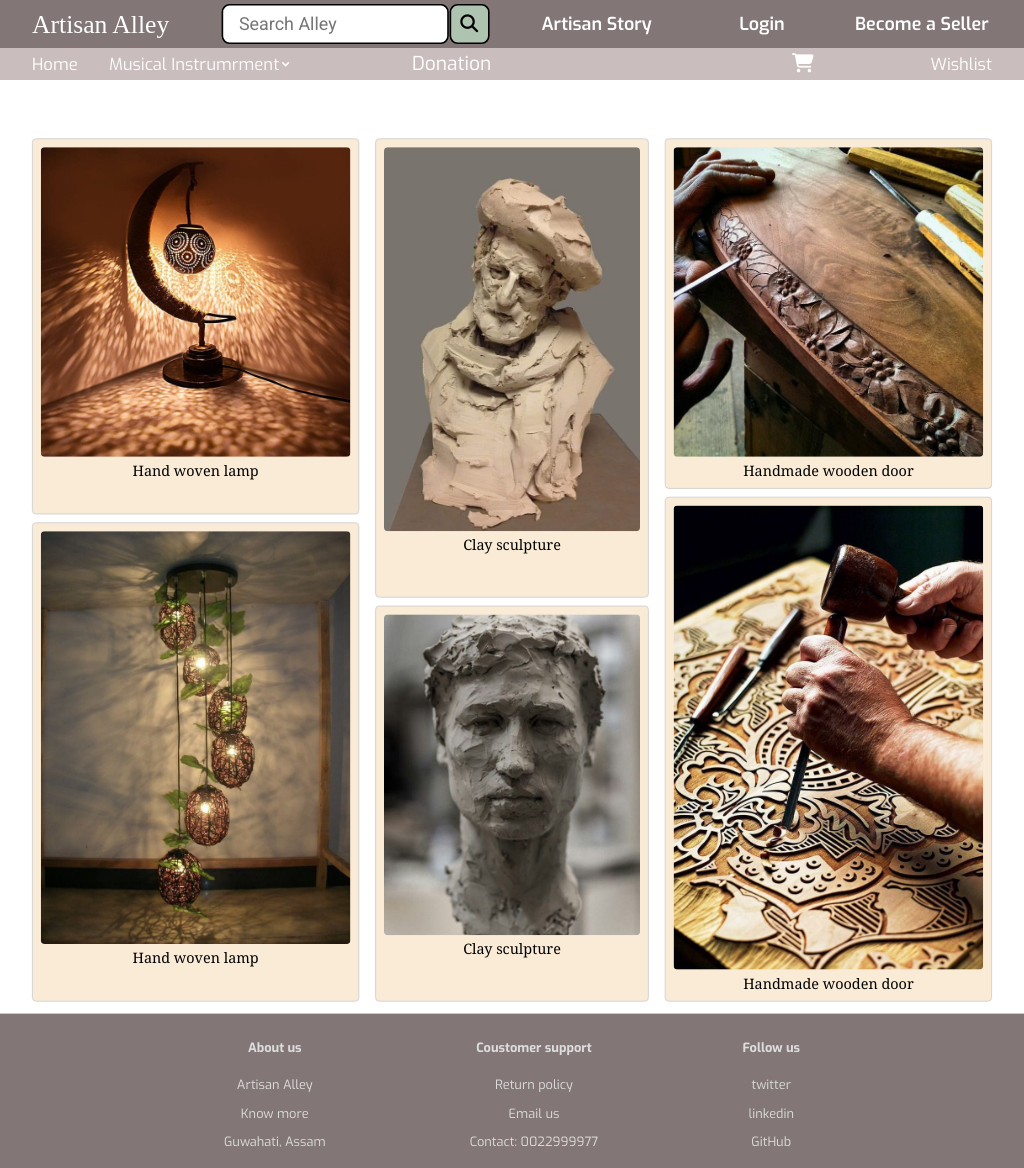
Repository: RingkhangBTY/Bytehacks_Hackathon_Project
Page: index.html
These files come from the project's save history. The page is drawn as it stood at one moment and after a run of saves; the edit follows.
The browser window is 1280 px wide. The pictures show the whole page, at 80% of full size.
Some web fonts or font styles are not loaded; a fallback is used.

Above is the page before, as saved 2024-11-27 09:57:27.

### index.html
<!DOCTYPE html>
<html lang="en">
  <head>
    <meta charset="UTF-8" />
    <meta name="viewport" content="width=device-width, initial-scale=1.0" />
    <link rel="stylesheet" href="style.css" />
    <link
      rel="stylesheet"
      href="https://cdnjs.cloudflare.com/ajax/libs/font-awesome/6.7.1/css/all.min.css"
      integrity="sha512-5Hs3dF2AEPkpNAR7UiOHba+lRSJNeM2ECkwxUIxC1Q/FLycGTbNapWXB4tP889k5T5Ju8fs4b1P5z/iB4nMfSQ=="
      crossorigin="anonymous"
      referrerpolicy="no-referrer"
    />
    <title>Artisan Alley</title>
  </head>
  <body>
    <header>
      <div class="split-div">
        <div class="half half-top">
          <a href="index.html" class="logo">Artisan Alley</a>

          <div class="searchdiv">
            <input
              type="text"
              placeholder="Search Alley"
              class="searchbar"
              id=""
            />

            <div class="search-icon">
              <button class="alley-search">
                <i class="fa-solid fa-magnifying-glass"></i>
              </button>
            </div>
          </div>

          <div class="artisan-story">
            <a href="artisan-story.html" class="story" id="">Artisan Story</a>
          </div>

          <div class="login-and-seller">
            <a href="login/login.html" class="account-login login" id="">Login</a>
            <a href="" class="seller-login login" id="">Become a Seller</a>
          </div>
        </div>

        <div class="half half-bottom">
          <div class="home-and-categories nav2">
            <a href="index.html" class="home">Home</a>

            <label for="categories"></label>
            <select id="categories" class="categories">
              <option value="" disabled selected>Categories</option>
              <option value="" selected>Painting</option>
              <option value="" selected>Sculpture</option>
              <option value="" selected>Drawing</option>
              <option value="" selected>Handcraft</option>
              <option value="" selected>Musical Instrumrment</option>
            </select>
          </div>

          <div class="donation-container nav2">
            <a class="donation" href="donation.html">Donation</a>
          </div>

          <div class="cart-wishlist nav2">
            <a href="index.html" class="cart" id=""
              ><i class="fa-solid fa-cart-shopping"></i
            ></a>

            <button class="wishlist" id="">Wishlist</button>
          </div>
        </div>
      </div>
    </header>

    <main>
      <div class="products">
        <div class="left-container">
          <div class="grid-layout">
              <div class="grid-item">
                <img src="image/Hand woven lamp1.jpg" alt="">
                <p>Hand woven lamp</p>
              </div>
              <div class="grid-item">
                <img src="image/Hand woven lamp2.jpg" alt="">
                <p>Hand woven lamp</p>
              </div>
          </div>
        </div>
        <div class="middle-container">
          <div class="grid-layout">
              <div class="grid-item">
                <img src="image/Clay sculpture1.jpg" alt="">
                <p>Clay sculpture</p>
              </div>
              <div class="grid-item">
                <img src="image/Clay sculpture2.jpg" alt="">
                <p>Clay sculpture</p>
              </div>
          </div>
        </div>
        <div class="right-container">
          <div class="grid-layout">
              <div class="grid-item">
                <img src="image/Handmade wooden door design1.jpg" alt="image">
                <p>Handmade wooden door</p>
              </div>
              <div class="grid-item">
                <img src="image/Handmade wooden door design2.jpg" alt="image">
                <p>Handmade wooden door</p>
              </div>
          </div>
        </div>
      </div>
    </main>

    <footer>
        <div class="footer-container">
          <div class="imfo-container">
            <h6>About us</h6>
            <p>Artisan Alley</p>
            <p>Know more</p>
            <p>Guwahati, Assam</p>
          </div>

          <div class="imfo-container">
            <h6>Coustomer support</h6>
            <p>Return policy</p>
            <a href="mailto:ringkhangb913@gmail.com">Email us</a>
            <p>Contact: 0022999977</p>
          </div>

          <div class="imfo-container">
            <h6>Follow us</h6>
            <a href="https://x.com/Ringkha68574745" target="_blank">twitter</a>
            <a href="https://www.linkedin.com/in/ringkhang-basumatary-2840b725b/" target="_blank">linkedin</a>
            <a href="https://github.com/RingkhangBTY/Bytehacks_Hackathon_Project" target="_blank">GitHub</a>
          </div>
        </div>
    </footer>

  </body>
</html>

### style.css
@import url("https://fonts.googleapis.com/css2?family=Roboto:ital,wght@0,100;0,300;0,400;0,500;0,700;0,900;1,100;1,300;1,400;1,500;1,700;1,900&display=swap");
@import url("https://fonts.googleapis.com/css2?family=Edu+AU+VIC+WA+NT+Pre:wght@400..700&display=swap");
@import url("https://fonts.googleapis.com/css2?family=Exo:ital,wght@0,100..900;1,100..900&display=swap");

* {
  margin: 0;
  padding: 0;
  box-sizing: border-box;
  font-family: Exo;
}

body {
  header {
    .split-div {
      width: 100%;
      height: 30%;

      .half {
        width: 100%;
      }

      .half-top {
        background-color: #827676;
        height: 70%;
        display: flex;
        justify-content: space-between;
        align-items: center;

        .logo {
          text-decoration: none;
          color: white;
          font-size: 2rem;
          font-family: Edu AU VIC WA NT Pre, cursive;
          font-weight: 500;
          margin-left: 40px;
        }

        .searchdiv {
          display: flex;

          .searchbar {
            height: 50px;
            width: 100%;
            border: black 2px solid;
            outline: none;
            border-radius: 10px;
            padding-left: 20px;
            font-size: 1.4rem;
            font-family: Roboto;
          }

          .alley-search {
            display: flex;
            justify-content: center;
            align-items: center;
            width: 50px;
            height: 50px;
            background-color: #aec3b0;
            border: 2px black solid;
            margin-left: 1px;
            border-radius: 10px;
            cursor: pointer;

            i {
              color: black;
              font-size: 1.4rem;
            }
          }
        }

        .artisan-story .story{
          color: white;
          font-size: 1.4rem;
          text-decoration: none;
          font-family: Exo;
          font-weight: 600;
        }

        .login-and-seller {
          height: 60px;
          width: 400px;
          display: flex;
          justify-content: space-around;
          align-items: center;
        }

        .login-and-seller .login {
          color: white;
          font-size: 1.4rem;
          text-decoration: none;
          font-family: Exo;
          font-weight: 600;
        }
      }

      .half-bottom {
        background-color: #cabdbd;
        height: 30%;
        display: flex;
        justify-content: space-between;
        align-items: center;

        .nav2 {
          height: 40px;
          width: 250px;
          display: flex;
          justify-content: space-between;
          align-items: center;
          margin-left: 40px;
          margin-right: 40px;

          .home {
            text-decoration: none;
            color: white;
            margin-right: 10%;
            font-size: 1.3rem;
          }

          .categories {
            height: 100%;
            padding-left: 10px;
            text-align: center;
            border: none;
            background: transparent;
            border-radius: 5px;
            outline: none;
            font-size: 1.3rem;
            color: #fdfdfd;
            cursor: pointer;
          }
          .categories option[selected]{
            margin-left: 20px;
            background-color: #e6f7ff;
            color: #2a2828;
          }

          .donation{
            display: block;
            text-decoration: none;
            font-size: 1.5rem;
            color: white;
          }

          .cart {
            text-decoration: none;
            font-size: 1.5rem;
            color: white;
          }

          .wishlist {
            height: 100%;
            border-radius: 5px;
            background: transparent;
            border: none;
            outline: none;
            font-size: 1.3rem;
            color: white;
          }
        }
      }
    }
  }
}

.products{
  display: flex;
  gap: 10px;
  margin: 10px;
}

.left-container,.middle-container,.right-container{
  display: flex;
  border-radius: 5px;
  padding: 5px;
  padding-top: 5%;
}
.left-container{
  padding-left: 30px;
}
.right-container{
  padding-right: 30px;
}
.grid-layout{
  display: grid;
  grid-template-rows: auto ;
  gap: 10px;
}
.grid-item{
  background-color: antiquewhite;
  border: 1px solid #ccc;
  width: 100%;
  border-radius: 5px;
  text-align: center;
  padding: 10px;
  padding-bottom: 10px;
}
.grid-item img{
  width: 100%;
  height: auto;
  border-radius: 5px;
}
.grid-item p{
  font-size: large;
  font-family: Cambria, Cochin, Georgia, Times, 'Times New Roman', serif;
}

footer{
  background-color: #827676;
    color: #fff;
    padding: 20px 40px;
    text-align: center;
}

.footer-container{
  display: flex;
  justify-content: space-between;
  flex-wrap: wrap;
    gap: 40px;
    max-width: 1200px;
    margin: 0 auto;
    padding-left: 20%;
    padding-right: 20%;
}

.imfo-container{
  display: flex;
    flex-direction: column;
    align-items: center;
    gap: 10px;
}

.imfo-container h6{
  display: flex;
  flex-direction: column;
  font-size: 1rem;
  line-height: 1.6rem;
  display: flex;
  flex-direction: column;
  align-items: center;
  color: #ddd;
  margin: 10px auto;
}
.imfo-container  p, .imfo-container a{
  font-size: 1rem;
  line-height: 1.6rem;
  color: #ddd;
  text-decoration: none;
  display: block;
}

After the next 3 saves:
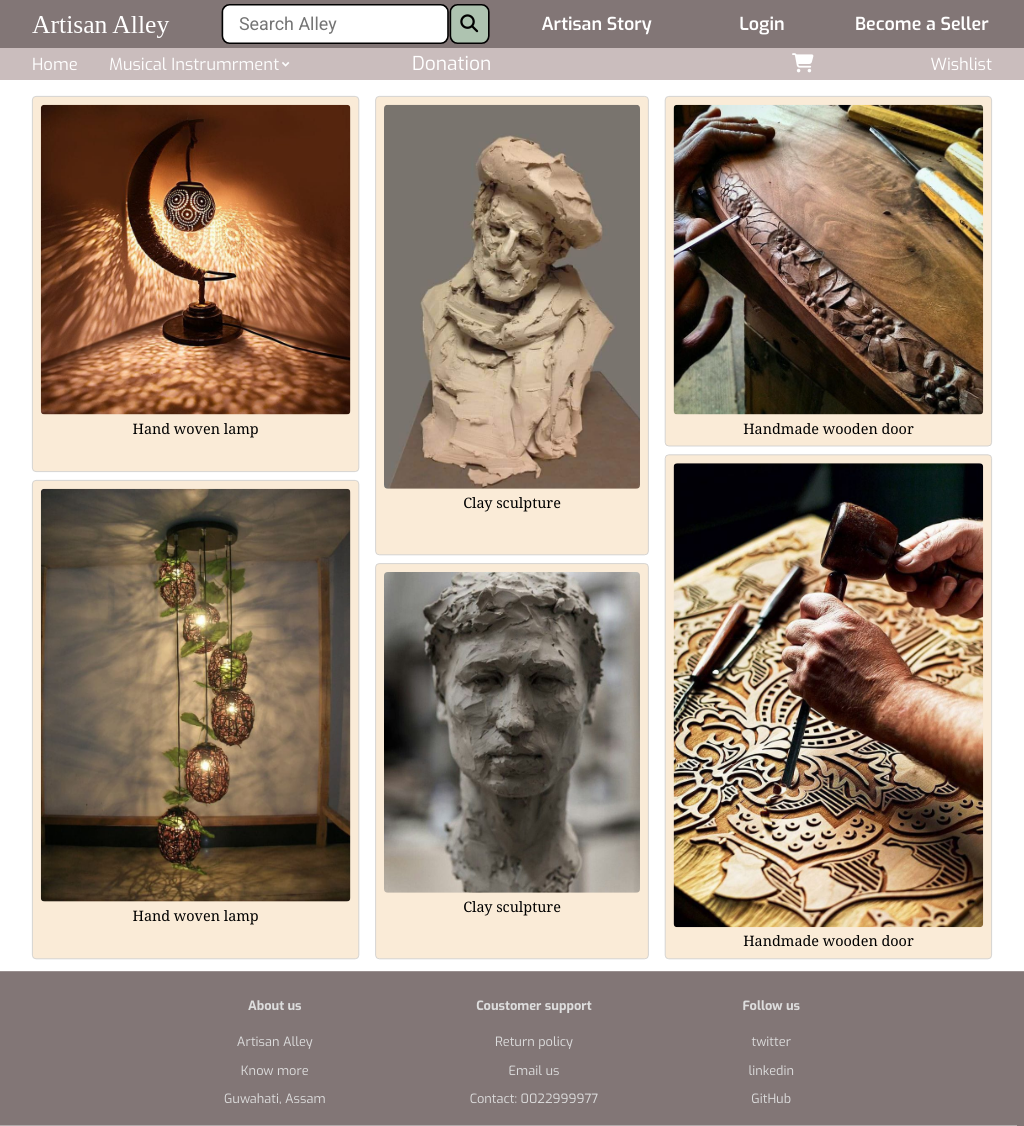
The 3 saves are shown as one change because they came seconds apart.
The last was saved 13 s later.
--- a/style.css
+++ b/style.css
@@ -172,7 +172,7 @@ body {
   display: flex;
   border-radius: 5px;
   padding: 5px;
-  padding-top: 5%;
+  padding-top: 10px;
 }
 .left-container{
   padding-left: 30px;
